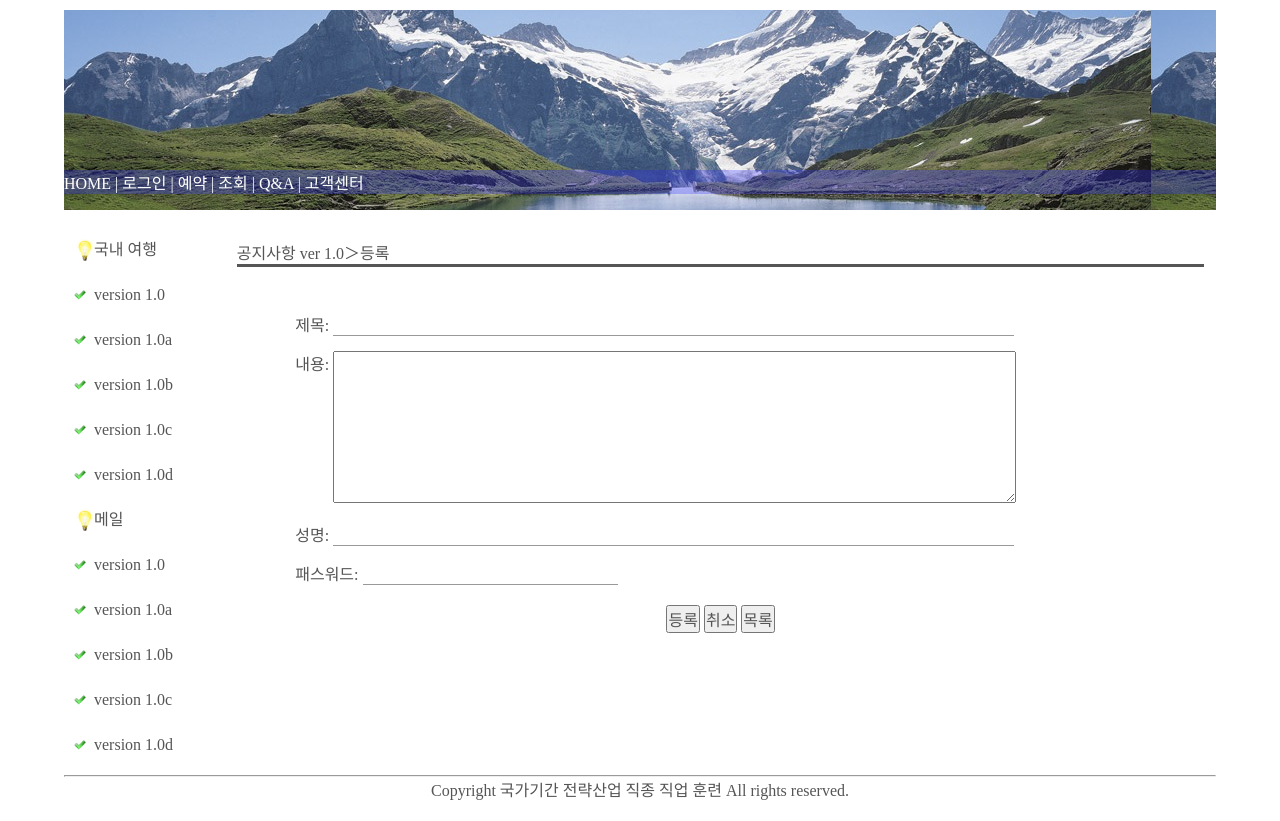
Repository: jangky000/ai_web
Page: http://localhost/blog_v2jc/mail_app/create_form.jsp
These files come from the project's save history. The page is drawn as it stood at one moment and after the next save; the edit follows.
The browser window is 1280 px wide. The pictures show the whole page.
The page is served by Tomcat 9.

Above is the page before, as saved 2020-03-27 05:42:17.

After the next save:
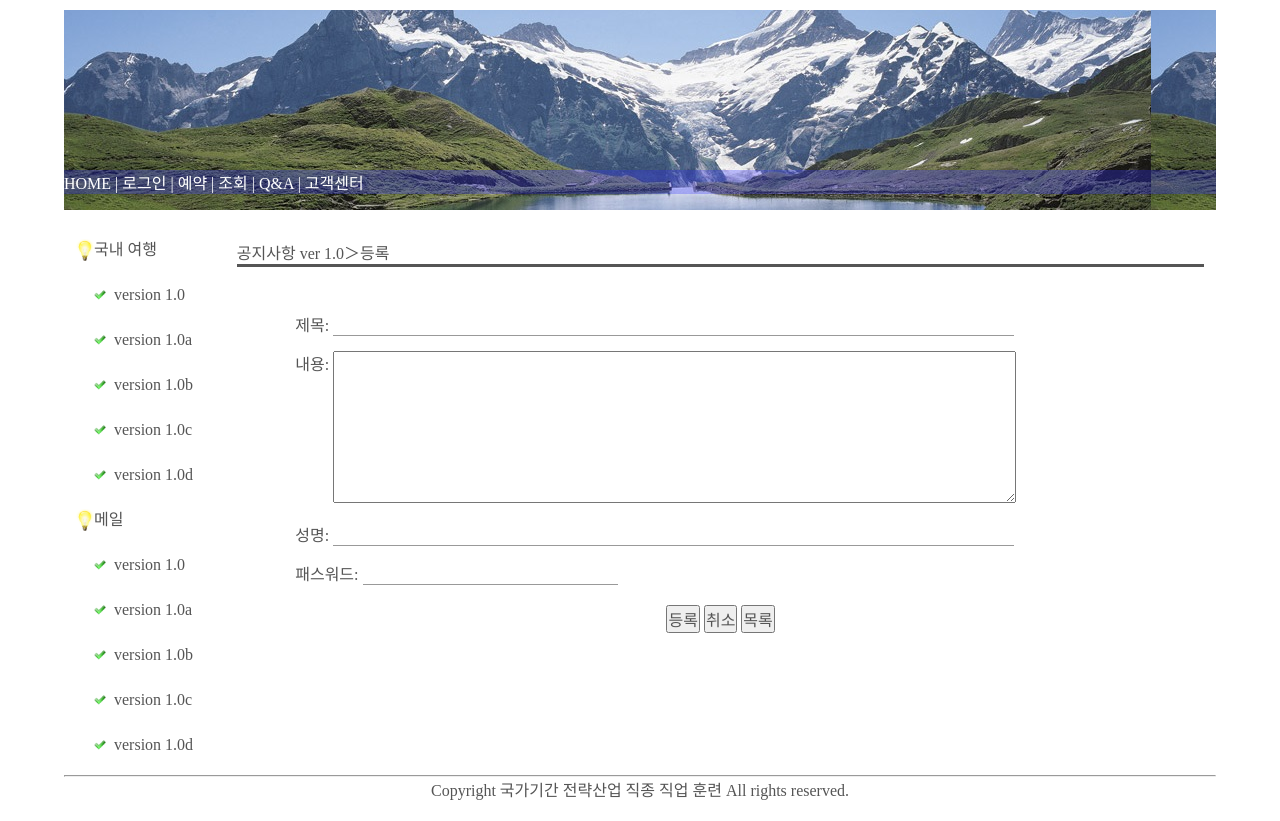
Saved 101 s later.
--- a/ws__frame/blog_v2jc/WebContent/css/style.css
+++ b/ws__frame/blog_v2jc/WebContent/css/style.css
@@ -230,7 +230,7 @@
     margin: 15px 10px;
     background: url(./images/li_left_menu_2.png) left center no-repeat; /* url 왼쪽 중간 반복x */
     background-size: 12px;
-    margin-left: 10px;
+    margin-left: 30px;
     padding-left: 20px;
     line-height: 30px;
   }
